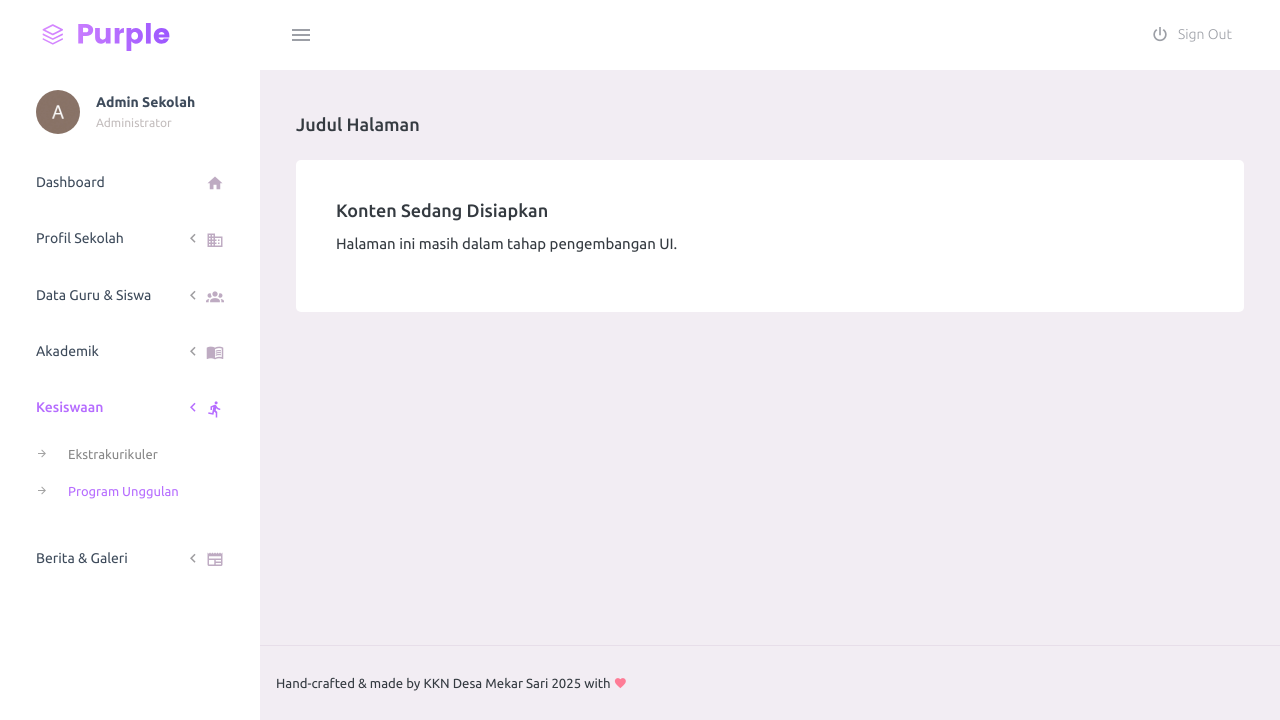
Repository: MKennyChaniago/sekolah-mi-nurul-iman
Page: http://localhost/admin/program-unggulan
The author's editor kept a copy of each file at every save. The page is drawn from the files as they stood at one save, then again after the next save.
The browser window is 1280 px wide. The pictures show the whole page.
The page is served by the project's Laravel application, run on PHP 8.4 with Laravel 12.

Above is the page before, as saved 2025-12-07 09:31:44.
Console error: TypeError: Cannot read properties of null (reading 'classList')

After the next save:
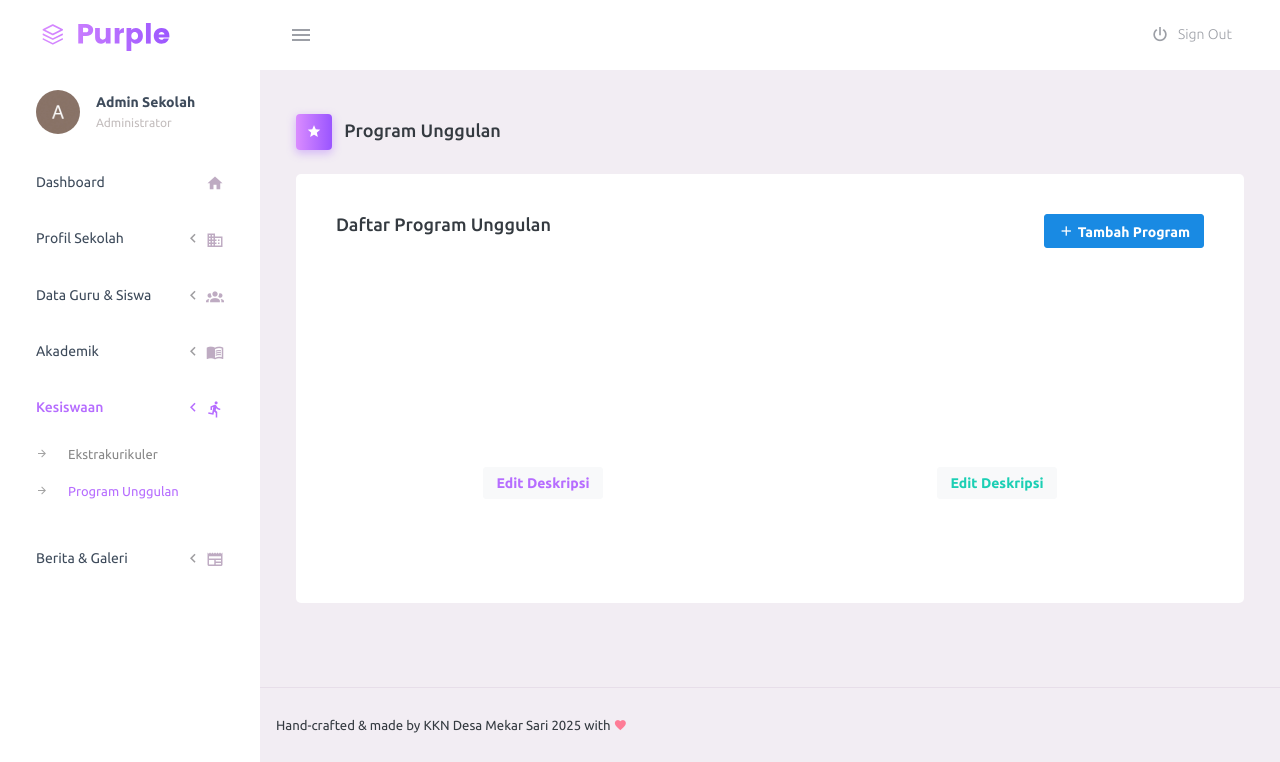
Saved 12 s later.
--- a/resources/views/admin/kesiswaan/program.blade.php
+++ b/resources/views/admin/kesiswaan/program.blade.php
@@ -1,15 +1,49 @@
 @extends('layouts.admin')
+
+@section('title', 'Program Unggulan')
 
 @section('content')
 <div class="page-header">
-    <h3 class="page-title"> Judul Halaman </h3>
+    <h3 class="page-title">
+        <span class="page-title-icon bg-gradient-primary text-white me-2">
+            <i class="mdi mdi-star"></i>
+        </span> Program Unggulan
+    </h3>
 </div>
+
 <div class="row">
     <div class="col-12 grid-margin stretch-card">
         <div class="card">
             <div class="card-body">
-                <h4 class="card-title">Konten Sedang Disiapkan</h4>
-                <p>Halaman ini masih dalam tahap pengembangan UI.</p>
+                <div class="d-flex justify-content-between align-items-center mb-4">
+                    <h4 class="card-title">Daftar Program Unggulan</h4>
+                    <button class="btn btn-info btn-sm"><i class="mdi mdi-plus"></i> Tambah Program</button>
+                </div>
+
+                <div class="row">
+                    <div class="col-md-6 mb-4">
+                        <div class="card bg-inverse-primary">
+                            <div class="card-body text-center">
+                                <i class="mdi mdi-book-open-page-variant mdi-48px text-white mb-3"></i>
+                                <h4 class="text-white">Tahfidz Qur'an</h4>
+                                <p class="text-white mt-3">Program menghafal Juz 30 bagi siswa kelas 1-6 dengan metode talaqqi.</p>
+                                <button class="btn btn-light btn-sm text-primary mt-2">Edit Deskripsi</button>
+                            </div>
+                        </div>
+                    </div>
+
+                    <div class="col-md-6 mb-4">
+                        <div class="card bg-inverse-success">
+                            <div class="card-body text-center">
+                                <i class="mdi mdi-translate mdi-48px text-white mb-3"></i>
+                                <h4 class="text-white">Bilingual Arabic</h4>
+                                <p class="text-white mt-3">Penerapan bahasa Arab dasar dalam percakapan sehari-hari di lingkungan sekolah.</p>
+                                <button class="btn btn-light btn-sm text-success mt-2">Edit Deskripsi</button>
+                            </div>
+                        </div>
+                    </div>
+                </div>
+
             </div>
         </div>
     </div>
